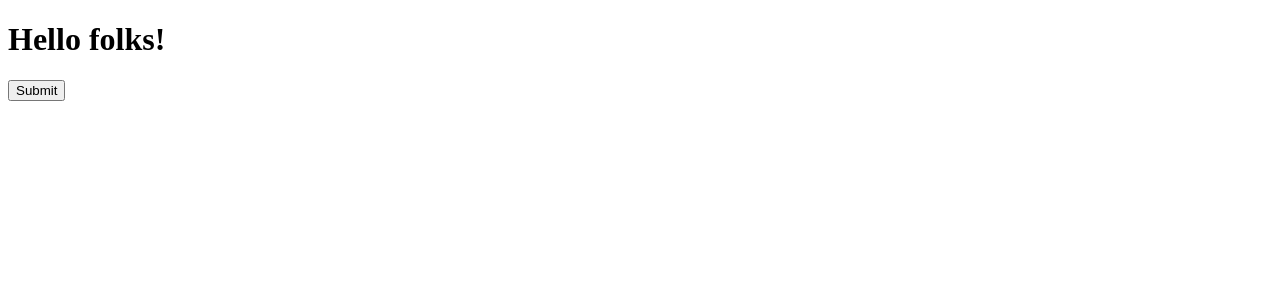
Repository: aakriti-tech/GlobalLogic
Page: Akki/WebContent/index.html
The author's editor kept a copy of each file at every save. The page is drawn from the files as they stood at one save, then again after the next save.
The browser window is 1280 px wide. The pictures show the whole page.

Above is the page before, as saved 2022-08-01 05:31:49.

### Akki/WebContent/index.html
<!DOCTYPE html>
<html>
<head>
<meta charset="ISO-8859-1">
<title>First Web App</title>
<style>
background: pink;
</style>
</head>
<body>

<h1>Hello folks!</h1>
<button>Submit</button>

</body>
</html>

After the next save:
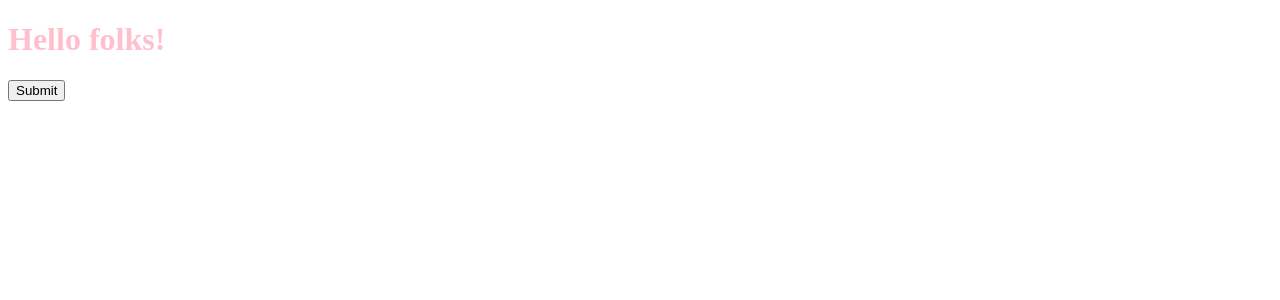
Saved 2 min 8 s later.
--- a/Akki/WebContent/index.html
+++ b/Akki/WebContent/index.html
@@ -9,7 +9,7 @@ background: pink;
 </head>
 <body>
 
-<h1>Hello folks!</h1>
+<h1 style="color: pink">Hello folks!</h1>
 <button>Submit</button>
 
 </body>
